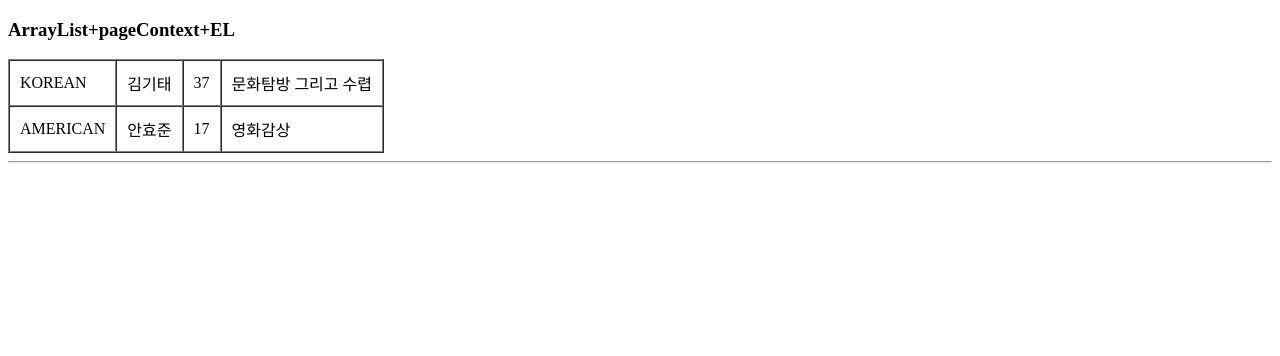
Repository: okgunyang/jsp
Page: http://localhost/practice02/04ExpressionOREL.jsp
The author's editor kept a copy of each file at every save. The page is drawn from the files as they stood at one save, then again after the next save.
The browser window is 1280 px wide. The pictures show the whole page.
The page is served by Tomcat 9. Other server files are loaded and not shown.

Above is the page before, as saved 2022-11-10 03:14:19.

### practice02/WebContent/04ExpressionOREL.jsp
<%@ page language="java" contentType="text/html; charset=UTF-8"
    pageEncoding="UTF-8"%>
<%@ taglib prefix="c" uri="http://java.sun.com/jsp/jstl/core"  %>
<%@ taglib prefix="fmt" uri="http://java.sun.com/jsp/jstl/fmt" %>
<%@ page import="java.util.*, java.lang.*" %>
<%@ page import="java.text.*, java.net.InetAddress" %>
<%@ page import="com.example.*" %>
<%@ include file="common.jsp" %>
<%
	String name = "김기태";
	int num = 1004;
	int num1 = 80, num2 = 70, num3;
	Human h1 = new Human();
	h1.setCountry("KOREAN");
	h1.setName("김기태");
	h1.setAge(37);
	h1.setHobby("문화탐방 그리고 수렵");

	List<Human> hList = new ArrayList<Human>();

	Human h2 = new Human();
	h2.setCountry("AMERICAN");
	h2.setName("안효준");
	h2.setAge(17);
	h2.setHobby("영화감상");

	hList.add(h1);
	hList.add(h2);

	//request.setAttribute("hList", hList);
	//위 내용을 Controller에서 forward 해야함
%>
<!DOCTYPE html>
<html>
<head>
<meta charset="UTF-8">
<title>04Expression OR EL</title>
</head>
<body>
<h3>ArrayList+pageContext+EL</h3>
<table border="1" cellpadding="10" cellspacing="0">
<%
	if(hList != null) {
		for(Human human : hList){
			pageContext.setAttribute("human", human);
%>
		<tr>
			<td>${human.country }</td>
			<td>${human.name }</td>
			<td>${human.age }</td>
			<td>${human.hobby }</td>
		</tr>
<%		}
	}
%>
</table>
<hr>

</body>
</html>

### practice02/WebContent/common.jsp
<%@ page language="java" contentType="text/html; charset=UTF-8"
    pageEncoding="UTF-8"%>
<%
%>

### practice02/src/com/example/Human.java
package com.example;

public class Human {
	private String country;
	private String name;
	private int age;
	private String hobby;
	public String getCountry() {
		return country;
	}
	public void setCountry(String country) {
		this.country = country;
	}
	public String getName() {
		return name;
	}
	public void setName(String name) {
		this.name = name;
	}
	public int getAge() {
		return age;
	}
	public void setAge(int age) {
		this.age = age;
	}
	public String getHobby() {
		return hobby;
	}
	public void setHobby(String hobby) {
		this.hobby = hobby;
	}
}

After the next save:
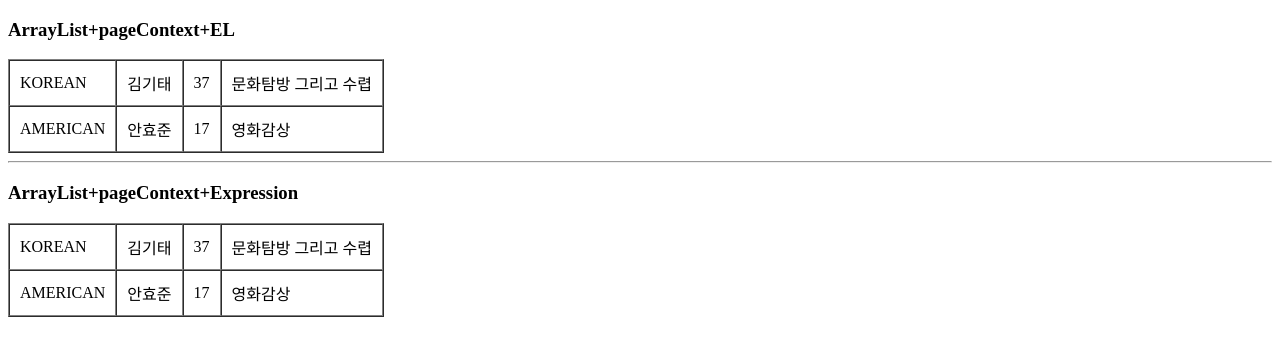
Saved 3 min 16 s later.
--- a/practice02/WebContent/04ExpressionOREL.jsp
+++ b/practice02/WebContent/04ExpressionOREL.jsp
@@ -55,6 +55,20 @@
 %>
 </table>
 <hr>
+<h3>ArrayList+pageContext+Expression</h3>
+<table border="1" cellpadding="10" cellspacing="0">
+<%
 
+		for(int i=0;i<hList.size();i++){
+			Human human = hList.get(i);
+%>
+		<tr>
+			<td><%=human.getCountry() %></td>
+			<td><%=human.getName() %></td>
+			<td><%=human.getAge() %></td>
+			<td><%=human.getHobby() %></td>
+		</tr>
+<% } %>
+</table>
 </body>
 </html>
